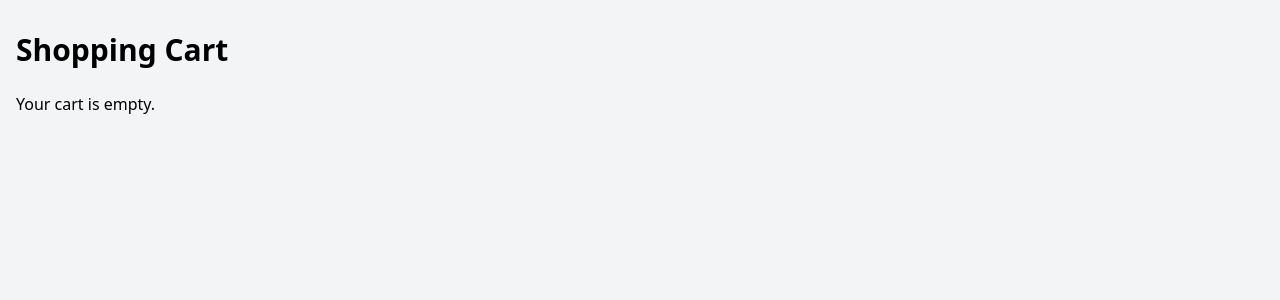
Repository: AsirAl-Anan/php-eccomerce
Page: http://localhost/admin/cart.php
These files come from the project's save history. The page is drawn as it stood at one moment and after the next save; the edit follows.
The browser window is 1280 px wide. The pictures show the whole page.
Some web libraries are served in a nearby version. The page is run by PHP 8.4 with error messages shown; the project is at /var/www/html/.

Above is the page before, as saved 2024-08-11 21:17:18.

After the next save:
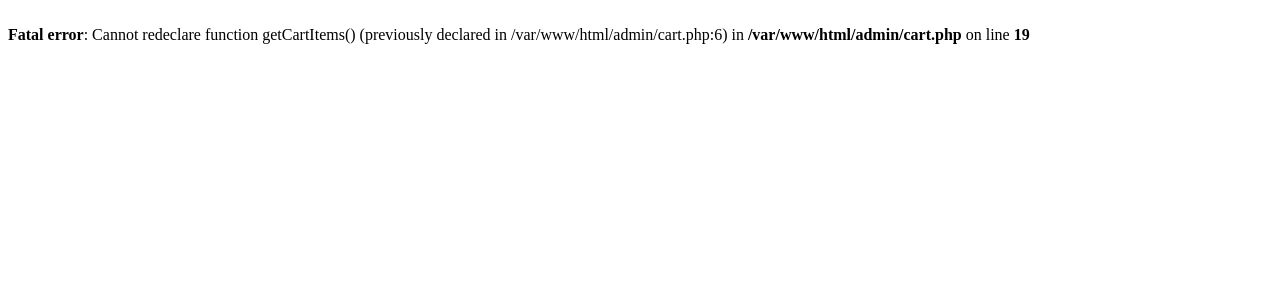
Saved 22 s later.
--- a/admin/cart.php
+++ b/admin/cart.php
@@ -16,7 +16,25 @@
 
 $cartItems = getCartItems();
 $total = calculateTotal($cartItems);
+function getCartItems($user_id) {
+    global $conn;
+    $stmt = $conn->prepare("SELECT * FROM cart WHERE user_id = ?");
+    $stmt->bind_param("i", $user_id);
+    $stmt->execute();
+    $result = $stmt->get_result();
+    return $result->fetch_all(MYSQLI_ASSOC);
+}
 
+// Function to calculate total price
+function calculateTotal($cartItems) {
+    return array_reduce($cartItems, function($carry, $item) {
+        return $carry + ($item['price'] * $item['quantity']);
+    }, 0);
+}
+
+$user_id = isset($_SESSION['user_id']) ? intval($_SESSION['user_id']) : 0;
+$cartItems = $user_id ? getCartItems($user_id) : [];
+$total = calculateTotal($cartItems);
 ?>
 
 <!DOCTYPE html>

After the save that followed:
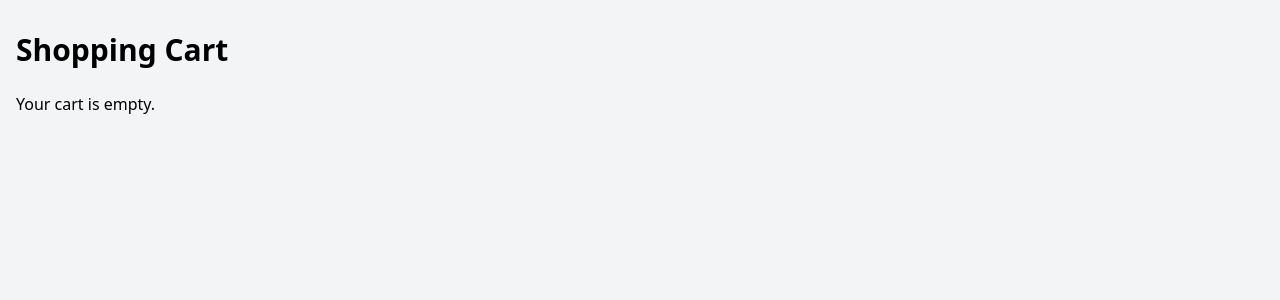
Saved 9 s later.
--- a/admin/cart.php
+++ b/admin/cart.php
@@ -16,25 +16,7 @@
 
 $cartItems = getCartItems();
 $total = calculateTotal($cartItems);
-function getCartItems($user_id) {
-    global $conn;
-    $stmt = $conn->prepare("SELECT * FROM cart WHERE user_id = ?");
-    $stmt->bind_param("i", $user_id);
-    $stmt->execute();
-    $result = $stmt->get_result();
-    return $result->fetch_all(MYSQLI_ASSOC);
-}
 
-// Function to calculate total price
-function calculateTotal($cartItems) {
-    return array_reduce($cartItems, function($carry, $item) {
-        return $carry + ($item['price'] * $item['quantity']);
-    }, 0);
-}
-
-$user_id = isset($_SESSION['user_id']) ? intval($_SESSION['user_id']) : 0;
-$cartItems = $user_id ? getCartItems($user_id) : [];
-$total = calculateTotal($cartItems);
 ?>
 
 <!DOCTYPE html>
